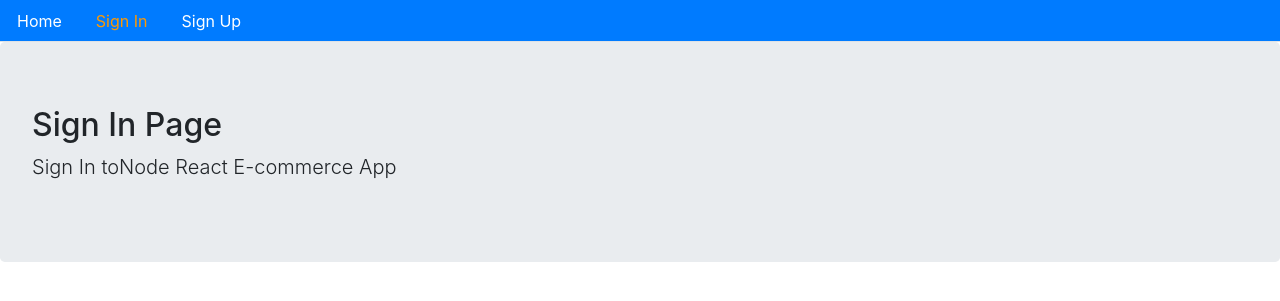
Repository: pragnyatata/Ecommerce
Page: /signin (app in ecommerce-front/)
An editor plug-in stored every save of this project. The page is shown before and after the next save, followed by the edit.
The browser window is 1280 px wide. The pictures show the whole page.
The project was rebuilt for these pictures with package versions that can differ from the ones it lists, and the page was loaded fresh each time. Also part of the build but not shown: ecommerce-front/src/App.js, ecommerce-front/src/user/Signup.js, ecommerce-front/src/core/Home.js.

Above is the page before, as saved 2020-01-18 21:15:07.

After the next save:
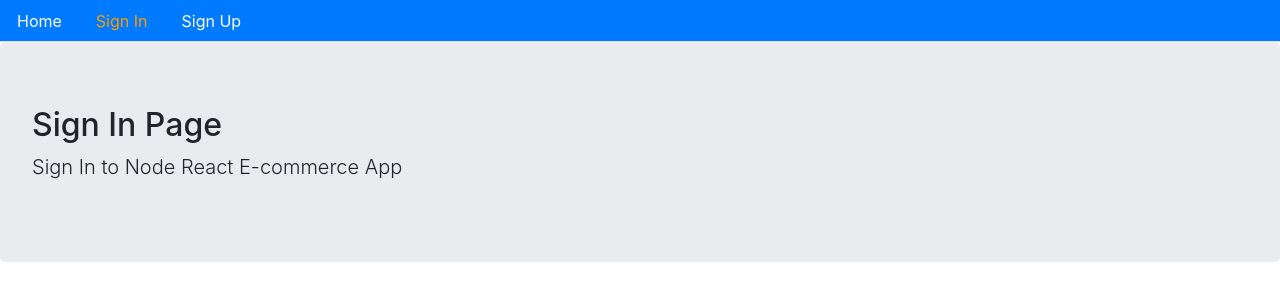
Saved 4 s later.
--- a/ecommerce-front/src/user/Signin.js
+++ b/ecommerce-front/src/user/Signin.js
@@ -3,7 +3,7 @@ import Layout from "../core/Layout";
 const Signin = () => (
   <Layout
     title="Sign In Page"
-    description=" Sign In toNode React E-commerce App"
+    description=" Sign In to Node React E-commerce App"
   ></Layout>
 );
 export default Signin;
